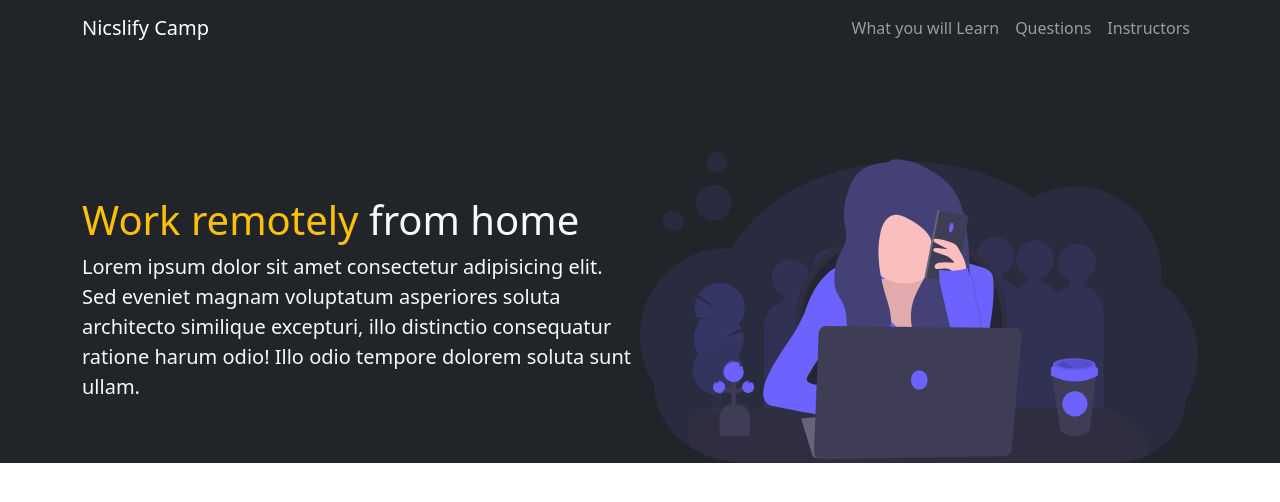
Repository: Eugene44-hub/enrollment-site
Page: index.html
The author's editor kept a copy of each file at every save. The page is drawn from the files as they stood at one save, then again after the next save.
The browser window is 1280 px wide. The pictures show the whole page.

Above is the page before, as saved 2021-10-19 18:03:31.

After the next save:
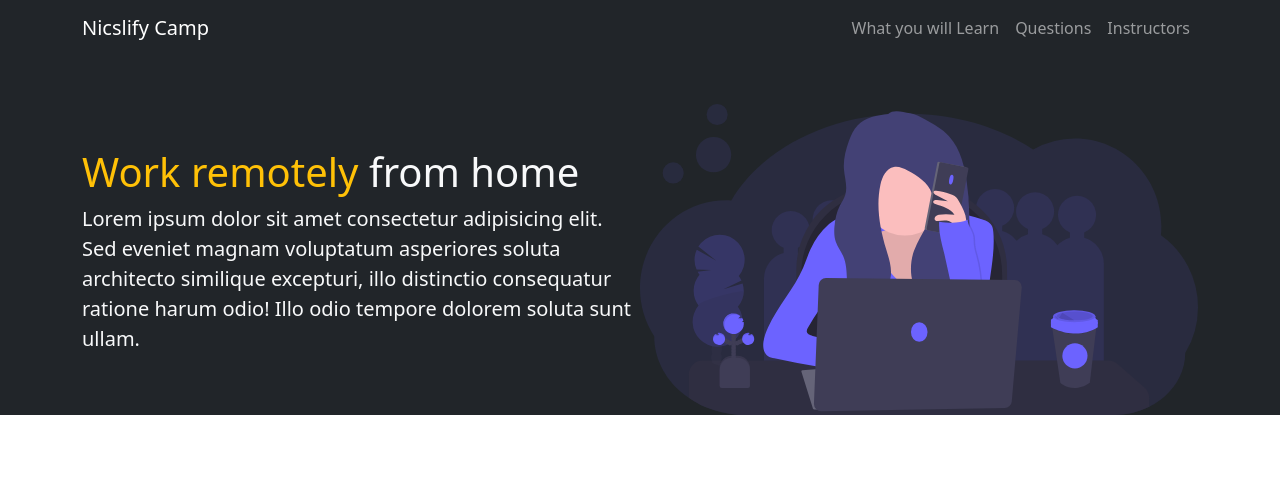
Saved 90 s later.
--- a/index.html
+++ b/index.html
@@ -43,14 +43,14 @@
     <section class="bg-dark text-light text-center text-sm-start">
         <div class="container">
             <div class="d-md-flex pt-5 align-items-center justify-content-between">
-                <div class="d-md-flex pt-5 align-items-center justify-content-between">
-                    <div class="">
-                        <div class="h1"><span class="text-warning">Work remotely</span> from home</div>
-                        <p class="lead">Lorem ipsum dolor sit amet consectetur adipisicing elit. Sed eveniet magnam voluptatum asperiores soluta architecto similique excepturi, illo distinctio consequatur ratione harum odio! Illo odio tempore dolorem soluta sunt ullam.</p>
-                    </div>
-                    <img src="undraw_working_remotely_jh40.svg" class="image-fluid w-50 d-none d-sm-block" alt="">
+
+                <div class="">
+                    <div class="h1"><span class="text-warning">Work remotely</span> from home</div>
+                    <p class="lead">Lorem ipsum dolor sit amet consectetur adipisicing elit. Sed eveniet magnam voluptatum asperiores soluta architecto similique excepturi, illo distinctio consequatur ratione harum odio! Illo odio tempore dolorem soluta sunt ullam.</p>
                 </div>
+                <img src="undraw_working_remotely_jh40.svg" class="image-fluid w-50 d-none d-sm-block" alt="">
             </div>
+        </div>
     </section>
     <!-- showCase ends -->
 
